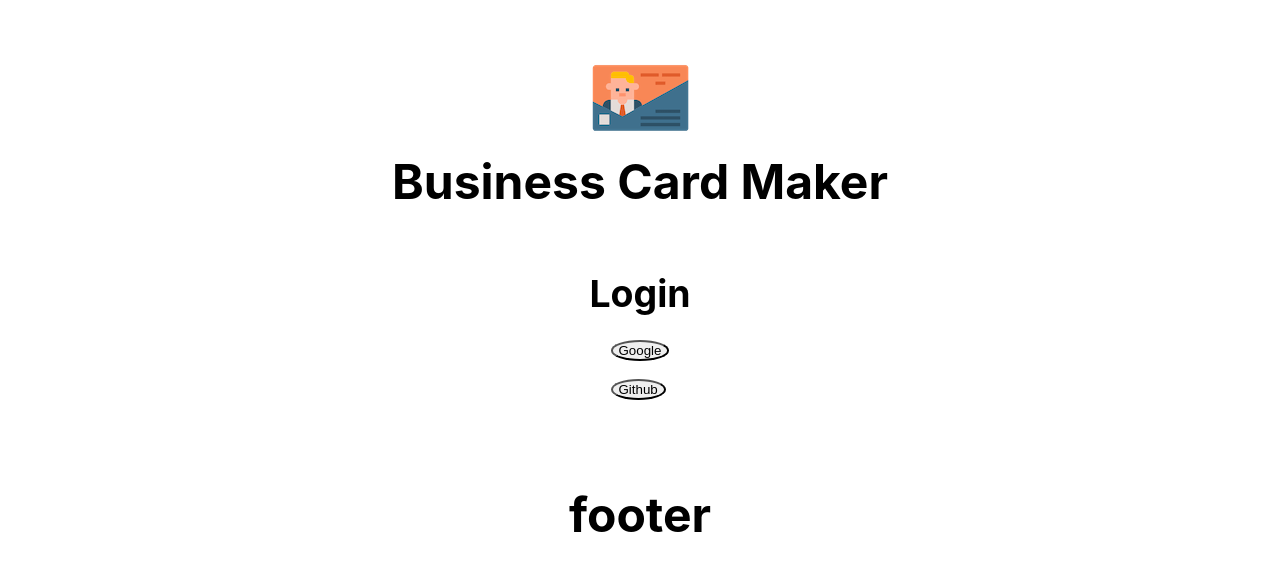
Repository: gomgomigom/firebase_practice_card_maker
Page: /
The author's editor kept a copy of each file at every save. The page is drawn from the files as they stood at one save, then again after the next save.
The browser window is 1280 px wide. The pictures show the whole page.
The page's requests for data from a server got no answer. The project was rebuilt for these pictures with package versions that can differ from the ones it lists, and the page was loaded fresh each time. No one was signed in, and anything a server would have sent is missing.

Above is the page before, as saved 2022-01-21 13:54:25.

### public/index.html
<!DOCTYPE html>
<html lang="en">
  <head>
    <meta charset="utf-8" />
    <link rel="icon" href="./images/logo.png" />
    <meta name="viewport" content="width=device-width, initial-scale=1" />
    <meta name="theme-color" content="#000000" />
    <meta
      name="description"
      content="Web site created using create-react-app"
    />
    <title>Card-Maker</title>
  </head>
  <body>
    <noscript>You need to enable JavaScript to run this app.</noscript>
    <div id="root"></div>
  </body>
</html>

### src/index.js
import React from 'react';
import ReactDOM from 'react-dom';
import './index.module.css';
import App from './app';
import AuthService from './service/auth_service';

const authService = new AuthService();
ReactDOM.render(
  <React.StrictMode>
    <App authService={authService} />
  </React.StrictMode>,
  document.getElementById('root')
);

### src/app.js
import './app.css';
import Login from './components/login/login';

function App({ authService }) {
  return (
    <h1>
      <Login authService={authService} />
    </h1>
  );
}

export default App;

### src/service/auth_service.js
import firebase from 'firebase';
import firebaseApp from './firebase';

class AuthService {
  login(providerName) {
    const authProvider = new firebase.auth[`${providerName}AuthProvider`]();
    return firebaseApp.auth().signInWithPopup(authProvider);
  }
}
export default AuthService;

### src/components/login/login.jsx
import React from 'react';
import Footer from '../footer/footer';
import Header from '../header/header';
import styles from './login.module.css';

const Login = ({ authService }) => {
  const onLogin = (event) => {
    authService //
      .login(event.currentTarget.textContent)
      .then(console.log);
  };

  return (
    <section className={styles.login}>
      <Header />
      <section className={styles.loginList}>
        <h1 className={styles.title}>Login</h1>
        <ul>
          <li>
            <button className={styles.button} onClick={onLogin}>
              Google
            </button>
          </li>
          <li>
            <button className={styles.button} onClick={onLogin}>
              Github
            </button>
          </li>
        </ul>
      </section>
      <Footer />
    </section>
  );
};

export default Login;

### src/service/firebase.js
import firebase from 'firebase';

const firebaseConfig = {
  apiKey: process.env.REACT_APP_FIREBASE_API_KEY,
  authDomain: process.env.REACT_APP_FIREBASE_AUTH_DOMAIN,
  projectId: process.env.REACT_APP_FIREBASE_PROJECT_ID,
  storageBucket: process.env.REACT_APP_FIREBASE_STORAGE_BUCKET,
};

const firebaseApp = firebase.initializeApp(firebaseConfig);

export default firebaseApp;

### src/components/footer/footer.jsx
import React from 'react';

const Footer = (props) => <h1>footer</h1>;

export default Footer;

### src/components/header/header.jsx
import React from 'react';
import styles from './header.module.css';

const Header = ({ onLogout }) => {
  return (
    <header className={styles.header}>
      {onLogout && (
        <button className={styles.button} onClick={onLogout}>
          Logout
        </button>
      )}
      <img className={styles.logo} src='/images/logo.png' alt='logo' />
      <h1 className={styles.title}>Business Card Maker</h1>
    </header>
  );
};

export default Header;

### src/components/login/login.module.css
@value makerGrey from '../../common/colors.css';
@value makerWhite from '../../common/colors.css';
@value makerGreen from '../../common/colors.css';

.login {
  display: flex;
  flex-direction: column;
  align-items: center;
  justify-content: center;
  background-color: makerGrey;
  padding: 2rem;
}

.loginList {
  width: 40rem;
  height: 14rem;
  flex-direction: column;
  display: flex;
  align-items: center;
  justify-content: center;
  background-color: makerWhite;
}

li {
  list-style: none;
}

ul {
  margin: 0;
  padding: 0;
}

.title {
  margin: 0.5rem;
}

.button {
  border: 2px solid makerGreen;
  border-radius: 50%;
}

### src/components/header/header.module.css
@value makerBlack from '../../common/colors.css';
@value makerGreen from '../../common/colors.css';
@value makerWhite from '../../common/colors.css';
@value makerWheat from '../../common/colors.css';

.header {
  width: 40rem;
  display: flex;
  flex-wrap: wrap;
  flex-direction: column;
  justify-content: center;
  align-items: center;
  font-size: 2rem;
  background-color: makerGreen;
}

.logo {
  margin: 0.6rem;
}

.title {
  color: makerWhite;
  margin: 0.6rem;
}

Loaded but not shown: src/index.module.css (common file); src/app.css (common file)

After the next save:
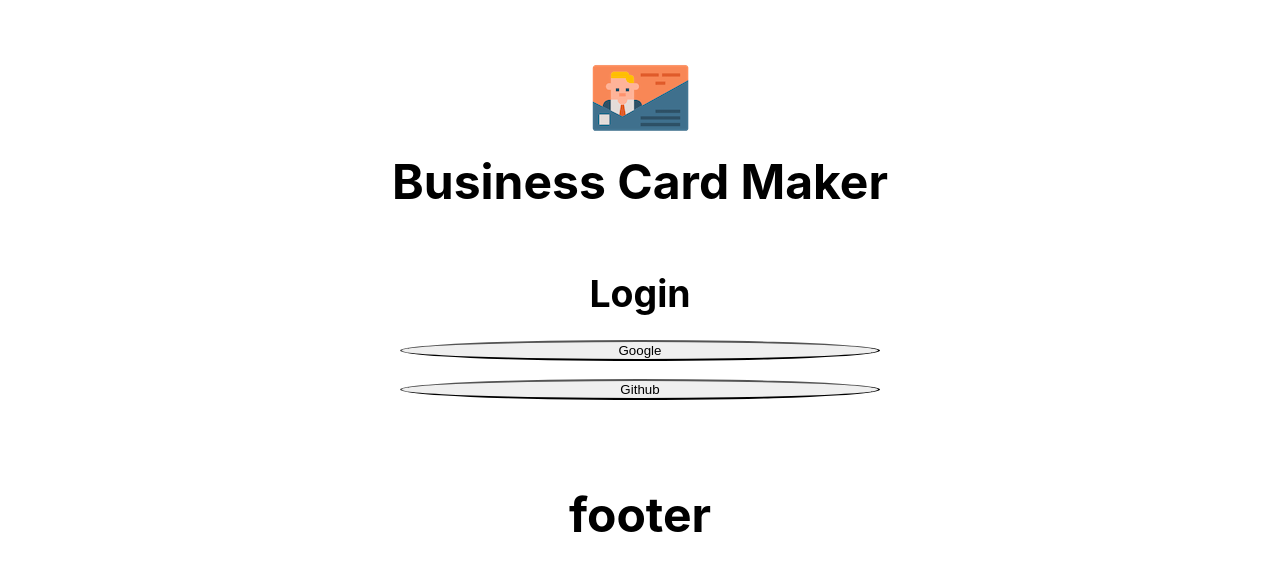
Saved 9 s later.
--- a/src/components/login/login.module.css
+++ b/src/components/login/login.module.css
@@ -37,4 +37,5 @@ ul {
 .button {
   border: 2px solid makerGreen;
   border-radius: 50%;
+  width: 30rem;
 }
